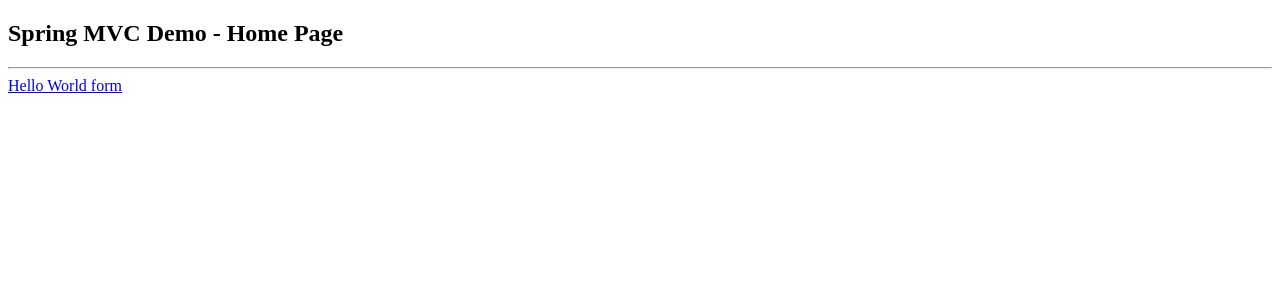
Repository: Thomas85198/SpringTest
Page: http://localhost/spring-mvc-demo/
These files come from the project's save history. The page is drawn as it stood at one moment and after the next save; the edit follows.
The browser window is 1280 px wide. The pictures show the whole page.
The page is served by Tomcat 9.

Above is the page before, as saved 2020-01-12 05:53:18.

After the next save:
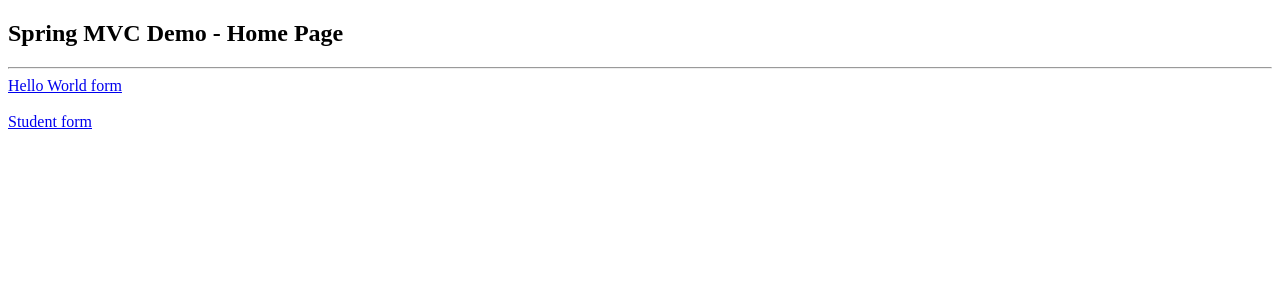
Saved 59 s later.
--- a/spring-mvc-demo/WebContent/WEB-INF/view/main-menu.jsp
+++ b/spring-mvc-demo/WebContent/WEB-INF/view/main-menu.jsp
@@ -12,6 +12,10 @@
 <!-- link to requestMapping -->
 <a href="hello/showForm">Hello World form</a>
 
+<br><br>
+
+<a href="student/showForm">Student form</a>
+
 </body>
 
 </html>
